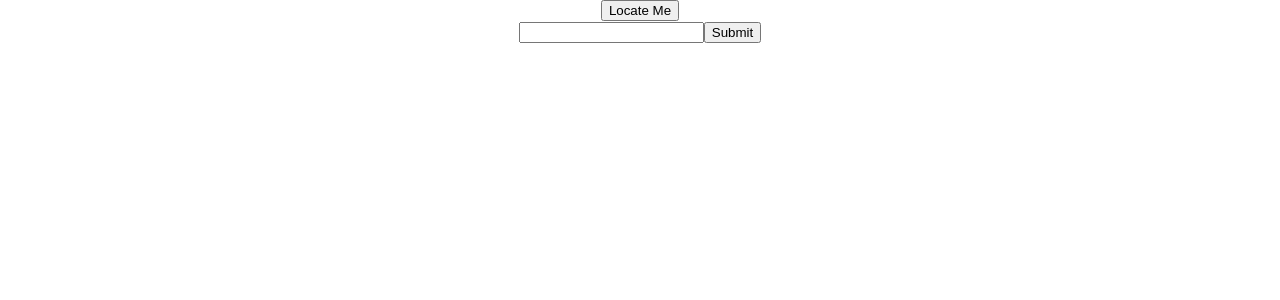
Repository: ahmedazawi/weather-app
Page: /
These files come from the project's save history. The page is drawn as it stood at one moment and after the next save; the edit follows.
The browser window is 1280 px wide. The pictures show the whole page.
The project was rebuilt for these pictures with package versions that can differ from the ones it lists, and the page was loaded fresh each time. Also part of the build but not shown: src/layout/Header.js, src/assets/css/details.css, src/assets/data/ContextApi.js, src/assets/css/SevenDaysCards.css, src/components/card.js, src/components/SevenDaysCards.js, src/assets/data/Api.js, src/components/Map.js and 2 more.

Above is the page before, as saved 2022-11-30 20:58:11.

After the next save:
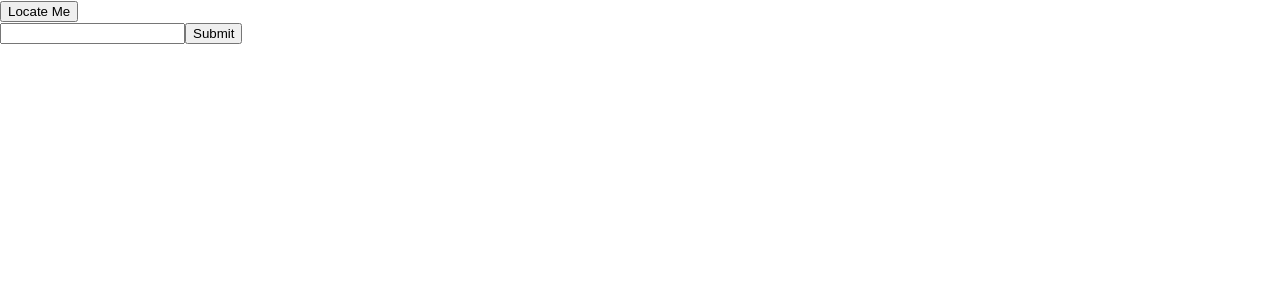
Saved 70 s later.
--- a/src/App.css
+++ b/src/App.css
@@ -11,10 +11,10 @@
   background-color: var(--primaryColor);
 }
 .App {
-  display: flex;
+  /* display: flex;
   flex-direction: column;
   align-items: center;
-  justify-content: center;
+  justify-content: center; */
   height: 100%;
   width: 100%;
 }

After the save that followed:
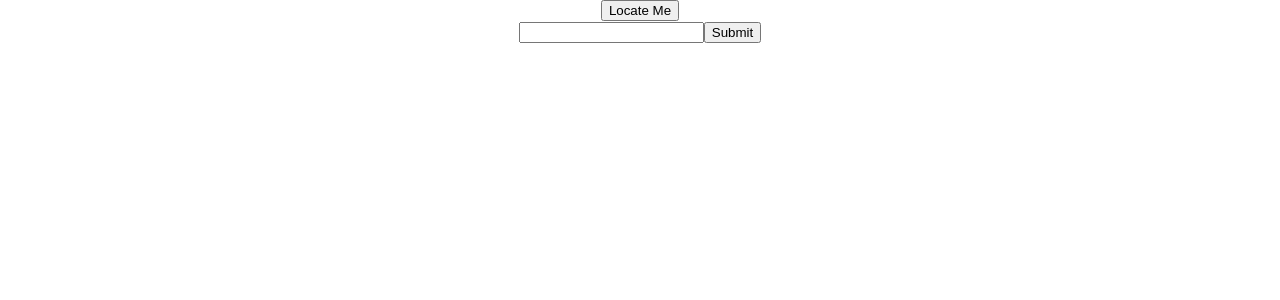
Saved 4 s later.
--- a/src/App.css
+++ b/src/App.css
@@ -11,10 +11,10 @@
   background-color: var(--primaryColor);
 }
 .App {
-  /* display: flex;
+  display: flex;
   flex-direction: column;
   align-items: center;
-  justify-content: center; */
+  justify-content: center;
   height: 100%;
   width: 100%;
 }
